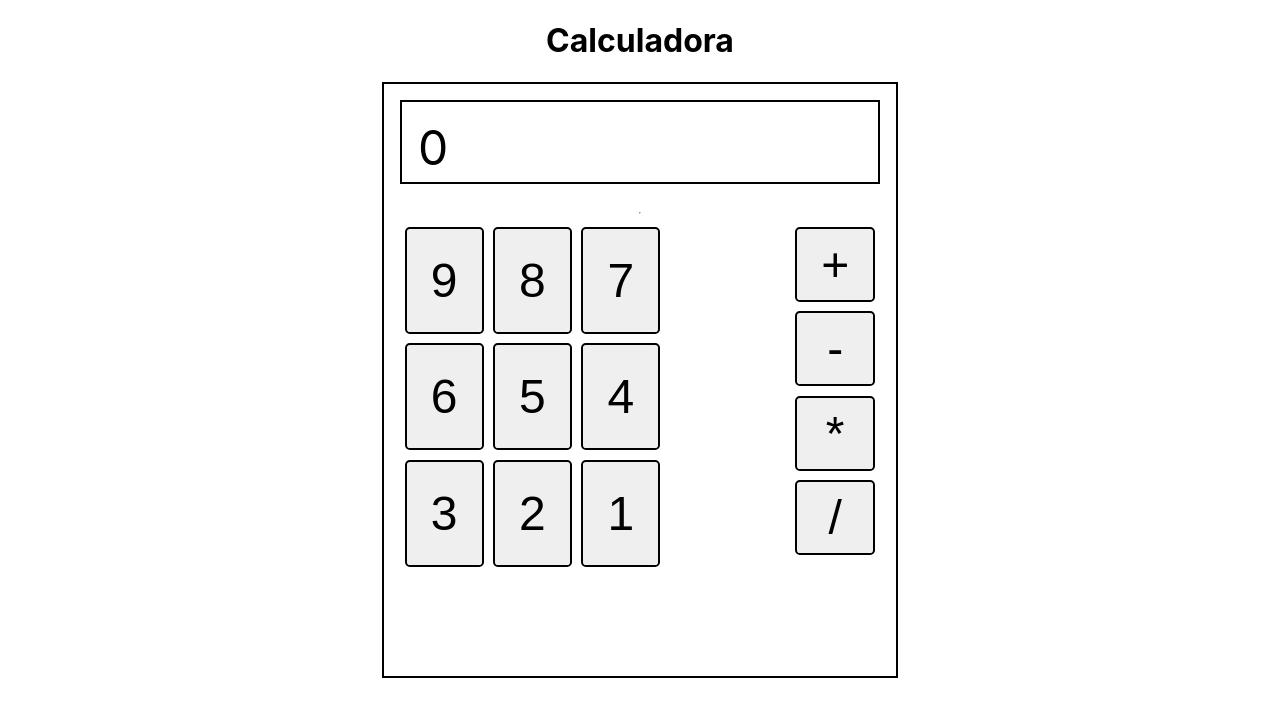
Repository: yamaka/curso-react-febrero-2022
Page: /
An editor plug-in stored every save of this project. The page is shown before and after the next save, followed by the edit.
The browser window is 1280 px wide. The pictures show the whole page.
The project was rebuilt for these pictures with package versions that can differ from the ones it lists, and the page was loaded fresh each time. Also part of the build but not shown: src/App.css, src/components/Zanahoria/Zanahoria.css, src/components/Zanahoria/Zanahoria.js, src/components/Zanahorias/Zanahorias.js, src/components/Lechuga/Lechuga.css, src/components/Lechuga/Lechuga.js, src/components/Calculadora/Calculadora.css, src/components/Calculadora/Calculadora.js and 4 more.

Above is the page before, as saved 2022-03-02 18:46:35.

After the next save:
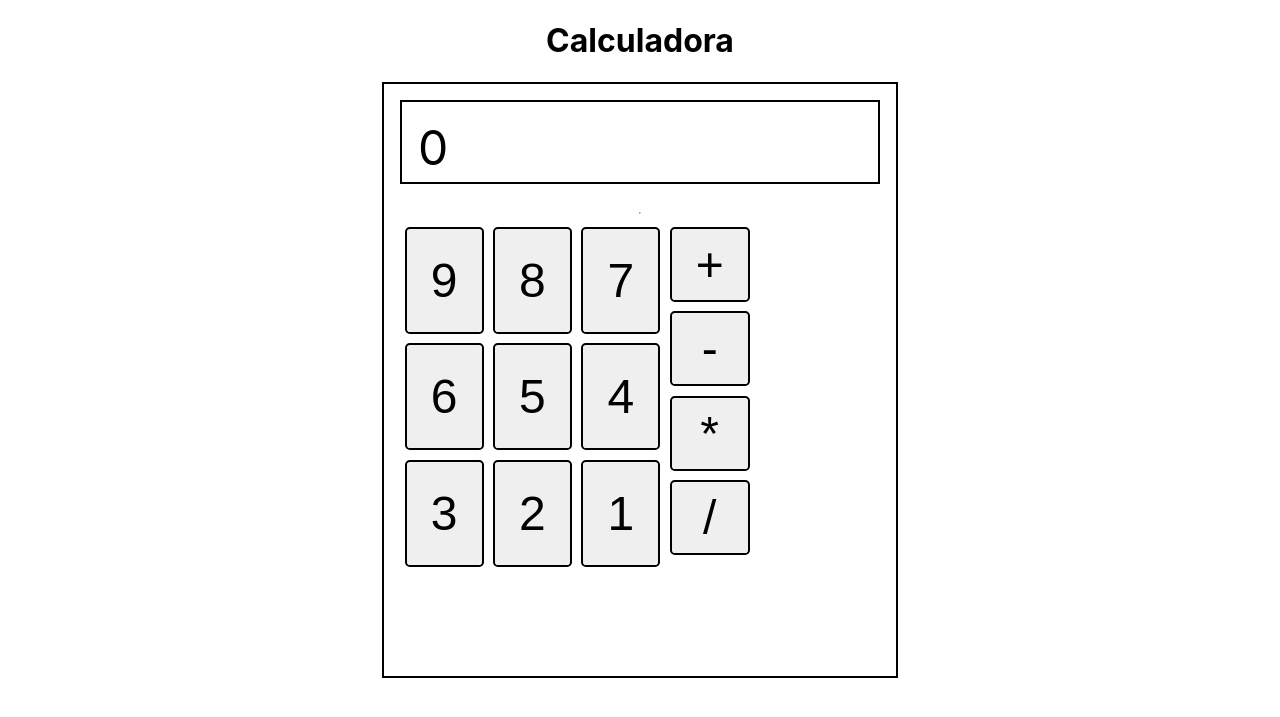
Saved 32 s later.
--- a/src/hooks/Calculadora/Calculadora.js
+++ b/src/hooks/Calculadora/Calculadora.js
@@ -49,7 +49,7 @@ const Calculadora = () => {
             flexDirection: "row",
           }}
         >
-          <div style={{ display: "flex", flex: 1, flexDirection: "column" }}>
+          <div style={{ display: "flex", flexDirection: "column" }}>
             <div style={{ display: "flex", flexDirection: "row" }}>
               <BotonNumerico value="9" onPress={onPressNumerico} />
               <BotonNumerico value="8" onPress={onPressNumerico} />
